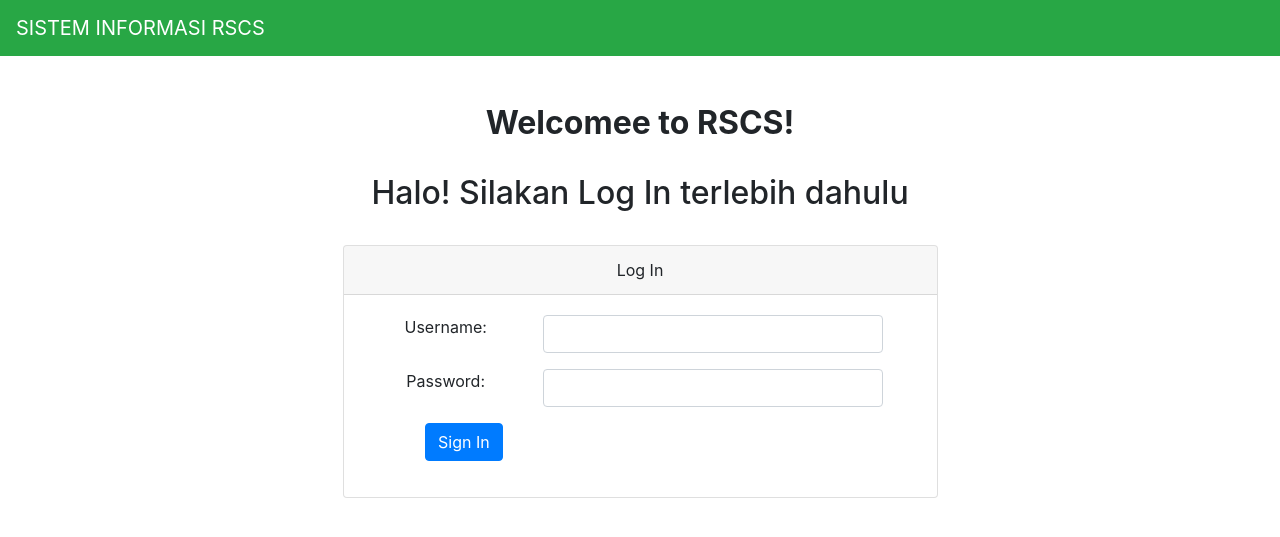
Repository: usamah1707/Tugas-Akhir-Kelompok-6
Page: http://localhost/login
An editor plug-in stored every save of this project. The page is shown before and after the next save, followed by the edit.
The browser window is 1280 px wide. The pictures show the whole page.
The page is this project's Thymeleaf template; nobody is signed in. The template is opened directly, without the code that normally fills it, so the values that code supplies are empty.

Above is the page before, as saved 2019-06-04 07:39:03.

### TA_6/src/main/resources/templates/login.html
<!DOCTYPE html>
<html xmlns:th="http://www.thymeleaf.org">

<head>
<title>Home</title>

<object th:include="fragments/fragment :: css" th:remove="tag"></object>
<object th:include="fragments/fragment :: js" th:remove="tag"></object>
</head>

<nav th:replace="fragments/login-frag :: navbar"></nav>

<body>
	<div class="container-fluid">

		<div class="row">
			<span class="col-md-3"></span>
			<div class="col-md-12">
				<br> &nbsp
				<h2 align="center">
					<strong>Welcomee to RSCS!</strong>
				</h2>
				<br>
				<div class="row" align="center">
					<div class="col-md-12">

						<div class="container-fluid">
							<h2 align="center">Halo! Silakan Log In terlebih dahulu</h2>
							<br>
							<div class="row">
								<span class="col-md-3"></span>
								<div class="col-md-6">

									<div class="card">
										<div class="card-header">Log In</div>
										<div class="card-body">
											<div th:if="${param.error}">
												<span style="color: red">Invalid username or password</span>
											</div>
											<form th:action="@{/login}" method="POST">
												<div class="row form-group">
													<label class="col-sm-4">Username:</label> <input
														type="text" class="col-sm-7 form-control input-sm"
														name="username">
												</div>
												<div class="row form-group">
													<label class="col-sm-4">Password:</label> <input
														type="password" class="col-sm-7 form-control input-sm"
														name="password">
												</div>
												<div class="row form-group">


													&nbsp &nbsp &nbsp &nbsp &nbsp &nbsp &nbsp &nbsp &nbsp
													<button type="submit" class="btn btn-primary"
														align="center">Sign In</button>
												</div>
											</form>
											<div class="container-fluid"></div>
										</div>
									</div>
								</div>
							</div>
</body>

</html>

### TA_6/src/main/resources/templates/fragments/fragment.html
<!DOCTYPE html>
<html xmlns:th="http://www.thymeleaf.org">

<head>
    <title>Home</title>
	<head th:fragment="metas">
		<meta charset="utf-8">
    	<meta name="viewport" content="width=device-width, initial-scale=1, shrink-to-fit=no">
	</head>
    <head th:fragment="css">
    	<link rel="stylesheet" th:href="@{/css/style.css}">
        <link rel="stylesheet" th:href="@{/css/bootstrap.min.css}">

    </head>

    <head th:fragment="js">
    	<script
  src="https://code.jquery.com/jquery-3.3.1.js"
  integrity="sha256-2Kok7MbOyxpgUVvAk/HJ2jigOSYS2auK4Pfzbm7uH60="
  crossorigin="anonymous"></script>
        <script th:src="@{/js/bootstrap.min.js}"></script>
    </head>
</head>

<body>
    <nav th:fragment="navbar" class="navbar navbar-expand-lg navbar-dark bg-success">
        <a class="navbar-brand" th:href="@{/}">RSCS</a>
        <div class="collapse navbar-collapse" id="navbarSupportedContent">
            <ul class="navbar-nav mr-auto">
                <li class="nav-item active">
                    <a class="nav-link" th:href="@{/}">Home</a>
                </li>

                <li class="nav-item active">
                    <a class="nav-link" th:href="@{/lab/kebutuhan}">Reagen</a>
                </li>
                 <li class="nav-item active">
                    <a class="nav-link" th:href="@{/lab/pemeriksaan}">Lab</a>
                </li>
                <li class="nav-item active">
                    <a class="nav-link" th:href="@{/lab/jadwal-jaga/view}">Jadwal Jaga</a>
                </li>
                 <li class="nav-item active">
                    <a class="nav-link" th:href="@{/lab/stok}">Stock Lab</a>
                </li>
            </ul>
            <ul class="navbar-nav pull-right">
            	<li class="nav-item active">
            		<a class="nav-link" th:href="@{/logout}">Logout</a>
            	</li>
            </ul>
        </div>
    </nav>
</body>

</html>

### TA_6/src/main/resources/templates/fragments/login-frag.html
<!DOCTYPE html>
<html xmlns:th="http://www.thymeleaf.org">

<head>
    <title>Home</title>
    <head th:fragment="metas">
        <meta charset="utf-8">
        <meta name="viewport" content="width=device-width, initial-scale=1, shrink-to-fit=no">
    </head>
    <head th:fragment="css">
        <link rel="stylesheet" th:href="@{/css/style.css}">
        <link rel="stylesheet" th:href="@{/css/bootstrap.min.css}">

    </head>

    <head th:fragment="js">
        <script
                src="https://code.jquery.com/jquery-3.3.1.js"
                integrity="sha256-2Kok7MbOyxpgUVvAk/HJ2jigOSYS2auK4Pfzbm7uH60="
                crossorigin="anonymous"></script>
        <script th:src="@{/js/bootstrap.min.js}"></script>
    </head>
</head>

<body>
<nav th:fragment="navbar" class="navbar navbar-expand-lg navbar-dark bg-success">
    <a class="navbar-brand" style="text-align-all: center" th:href="@{/}">SISTEM INFORMASI RSCS</a>
</nav>
</body>

</html>

### TA_6/src/main/resources/static/css/style.css
body {
  background: #34495e;
  font: normal 300 18px "Roboto", sans-serif;
}

#menu-nav {
  max-width: 1000px;
  margin: 130px auto;
  background-color: #ecf0f1;
  border-radius: 4px;
  box-shadow: 0 2px 5px rgba(0, 0, 0, 0.3);
}

#navigation-bar ul {
  border-radius: 4px;
  overflow: hidden;
}
#navigation-bar li {
  float: left;
  width: 20%;
}
#navigation-bar li:hover a::before {
  right: 0;
  left: 0;
}
#navigation-bar a {
  color: #848484;
  font-size: 20px;
  text-decoration: none;
  text-align: center;
  padding: 20px 0;
  display: block;
  position: relative;
  transition: all 0.3s ease;
}
#navigation-bar a:hover {
  color: #e74c3c;
}
#navigation-bar a::before {
  content: "";
  transition: all 0.4s ease-in-out;
  position: absolute;
  right: 50%;
  left: 50%;
  bottom: 0;
  height: 2px;
  background-color: #e74c3c;
}
#navigation-bar a:hover::before {
  right: 0;
  left: 0;
}

li {
	list-style: none;
}

Loaded but not shown: TA_6/src/main/resources/static/css/bootstrap.min.css (library); TA_6/src/main/resources/static/js/bootstrap.min.js (library)

After the next save:
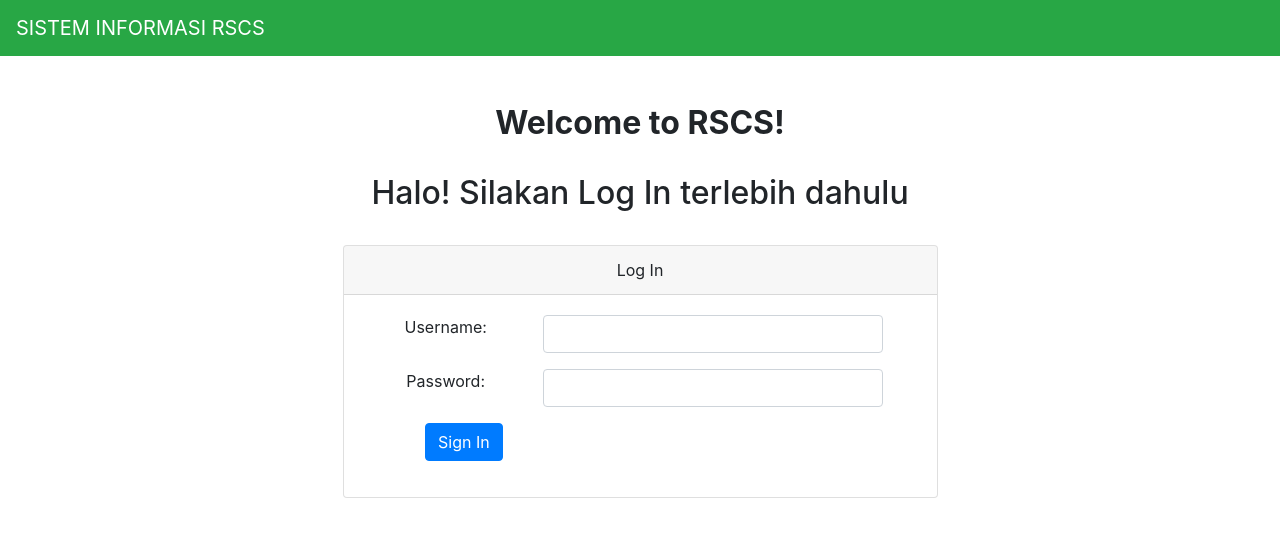
Saved 36 s later.
--- a/TA_6/src/main/resources/templates/login.html
+++ b/TA_6/src/main/resources/templates/login.html
@@ -18,7 +18,7 @@
 			<div class="col-md-12">
 				<br> &nbsp
 				<h2 align="center">
-					<strong>Welcomee to RSCS!</strong>
+					<strong>Welcome to RSCS!</strong>
 				</h2>
 				<br>
 				<div class="row" align="center">
